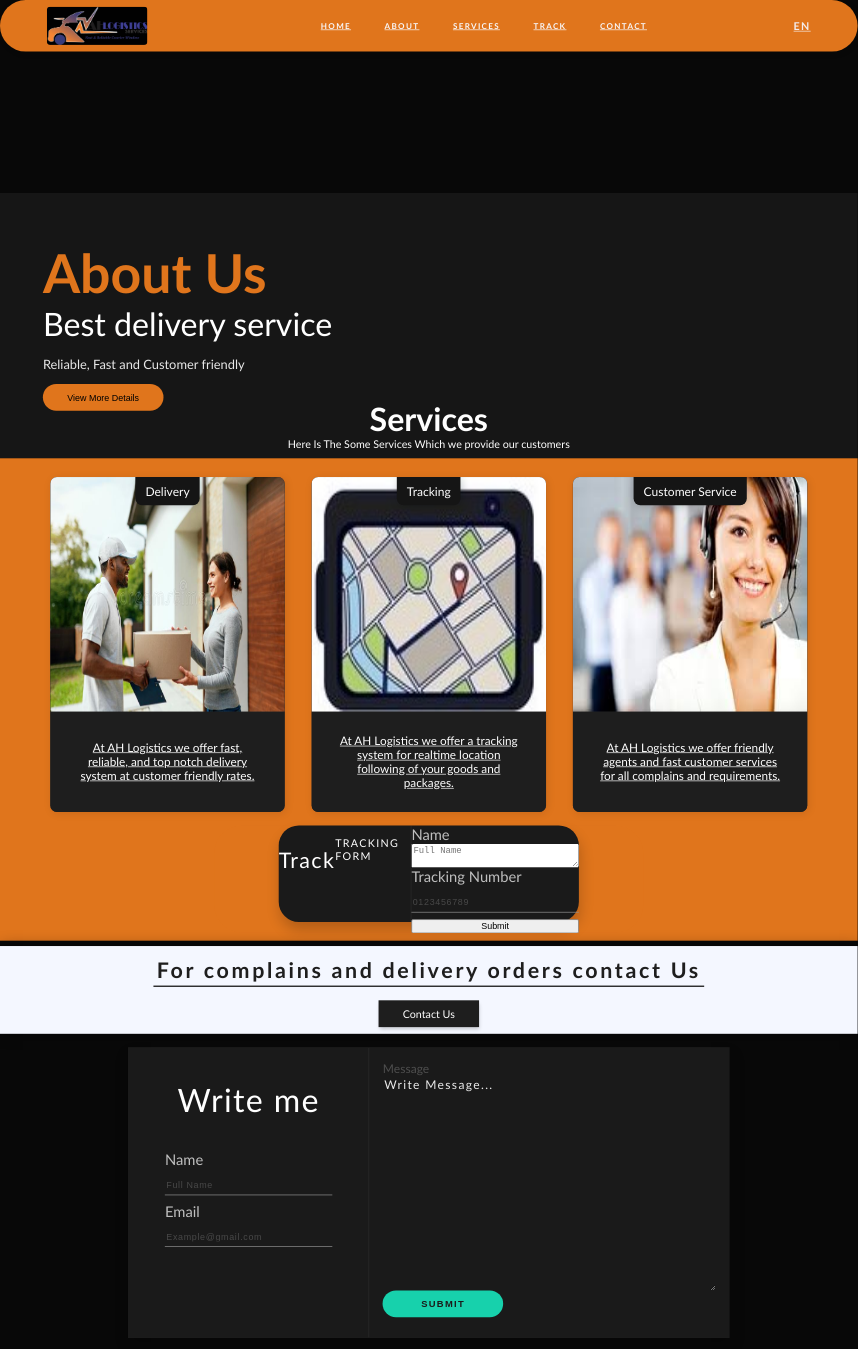
Repository: TheSecretlifeOfX/Ah-Logistics
Page: index.html
The author's editor kept a copy of each file at every save. The page is drawn from the files as they stood at one save, then again after the next save.
The browser window is 1280 px wide. The pictures show the whole page, at 67% of full size.

Above is the page before, as saved 2022-03-02 15:54:24.

### index.html
<html>
<head>
<meta charset="utf-8">
<meta http-equiv="X-UA-Compatible" content="IE-edge">
<meta name="viewport" content="width=device-width, intial-scale=1.0">
<title>Logistics Website</title>
<link rel="stylesheet" href="./css/home.css">
</head>
<body>
<section id="main">
	<nav>
	<a href="#" class="logo"><img src="images/logo.jpg"></a>
	<div class="toggle"></div>
	<ul class="menu">
	<li class="active"><a href="#main" >Home</a></li>
	<li><a href="#about">About</a></li>
	<li><a href="#services">Services</a></li>
	<li><a href="#Tracking-Form">Track</a></li>
    <li><a href="#contact-form">Contact</a></li>
	</ul>
	<a href="#" class="lang">En</a>
	</nav>
    </section>
</div>
<section id="about">
	<div class="about-text">
	<h1>About Us</h1>
	<h2>Best delivery service</h2>
	<p>Reliable, Fast and Customer friendly</p>
	<button>View More Details</button>
	</div>
</section>
<section id="services">
<div class="s-heading">
<h1>Services</h1>
<p>Here Is The Some Services Which we provide our customers</p>
</div>
<div class="b-container">
<div class="s-box">
<div class="s-b-img">
    <div class="s-type">Delivery</div>
    <img src="images/delivery.jpg">
</div>
<div class="s-b-text">
<a href="#">At AH Logistics we offer fast, reliable, and top notch delivery system at customer friendly rates.</a>
</div>
</div>
<div class="s-box">
<div class="s-b-img">
    <div class="s-type">Tracking</div>
    <img src="images/track.jpg">
</div>
<div class="s-b-text">
<a href="#">At AH Logistics we offer a tracking system for realtime location following of your goods and packages.</a>
</div>
</div>
<div class="s-box">
<div class="s-b-img">
    <div class="s-type">Customer Service</div>
    <img src="images/customer.jpg">
</div>
<div class="s-b-text">
<a href="#">At AH Logistics we offer friendly agents and fast customer services for all complains and requirements.</a>
</div>
</div>
</div>
</div>
<section id=Tracking-Form>
<form>
<div class="track-center">
	<h1 class="T-Heading">Track</h1></div>
<div class="Track-left">
<p class=T-2-Body>Tracking Form</p></div>
<div class="Track-right">
	<div class="C-Name">
	<font >Name</font>
	<textarea name="message" rows="2" cols="10" placeholder="Full Name"></textarea>
	<div class="f-Num">
		<font >Tracking Number</font>
		<input type="Number" placeholder="0123456789"/>
	<button>Submit</button>
	</div>
</section>
</form>
<section id="contact-btn">
	<h1 class="c-b-heading">For complains and delivery orders contact Us</h1>
		<button >Contact Us</button>
	</section>
<!--contact-form------------------->
<section id="contact-form">
<form>
<!--left--------------------------------------->
<div class="contact-left">
<h1 class="c-l-heading">Write me</h1>
<div class="f-name">
<font >Name</font>
<input type="text" placeholder="Full Name"/>
</div>
<div class="f-email">
<font >Email</font>
<input type="email" placeholder="Example@gmail.com"/>
</div>
</div>
<div class="contact-right">

<div class="message">
<font >Message</font>
<textarea name="message" rows="5" cols="20" placeholder="Write Message..."></textarea>
<button>Submit</button>
</div>
</form>
</section>
</section>
</body>
</html>

### css/home.css
body{
	margin:0px;
	padding:0px;
	background-color: #080808;
	background-size: 100%;
	min-height: 100vh;
	}
	#main{
		width:100%;
		height: 40vh;
		}
		nav{
			display:flex;
			justify-content: space-between;
			align-items: center;
			text-transform: uppercase;
			font-weight: 600;
			letter-spacing: 2px;
			font-family: calibri;
			top: 0;
			left: 10px;
			width:100%;
			box-sizing: border-box;
			padding: 5px 70px;
			background-color:#e0751c;
			box-shadow:2px 2px 12px rgba(0,0,0,0.05);
			z-index: 1;
			border-radius: 50px;
			}
			.menu{
			display: flex;

			}
			.menu li a{
			padding: 10px 25px;
			color:#f8f8fa;
			font-size: 12px;
			display:inline-block;
			}
			li{display:inline-block}
			.lang{
			color:#f3ecec;
			}
			.logo > img {
				width: 100%;
				height: 100%;
				max-width: 150px;
				display: flex;
				justify-content: center;
				align-items: center;
				text-align: center;
				margin-left: 0px;
				border-radius: 5px;
				 }
			.toggle{
			display: none;
			}
			.menu li a:hover{
			background-color:#292929;
			color:#FFF!important;
			font-weight: bold;
			transition: all ease 0.4s;
			}
			.lang:hover{
				background-color:#292929;
			color:#FFF!important;
			font-weight: bold;
			transition: all ease 0.4s;
			}
			#about{
				width:100%;
				height: 55vh;
				background-color:#161616;
				box-sizing: border-box;
				display: flex;
				align-items: center;
				justify-content: space-between;
				padding: 0px 5% 0px 5%;
			}
			.about-text{
				font-family: calibri;
				width: 50%;
			}
			.about-text h1{
				font-size: 5rem;
				color:#e0751c;
			}
			.about-text h2{
				font-size: 3rem;
				color:#FFFFFF;
				font-weight: 400;
			}
			.about-text h1,h2{
				margin: 0px;
				padding: 0px;
			}
			.about-text p{
				font-size: 1.2rem;
				color:rgba(255,255,255,0.90);

			}
			.about-text button{
				width: 180px;
				height: 40px;
				border-radius: 20px;
				border: none;
				outline: none;
				background-color:#e0751c;
			}
			.about-text button:hover{
				background-color: #FFFFFF;
				transition: all ease 0.3s;
			}
			#services{
				width:100%;
			height:100vh;
			box-sizing: border-box;
			font-family: calibri;
			display: flex;
			flex-direction: column;
			align-items: center;
			justify-content: center;
			padding-top: 500px ;
			background-color:#e0751c;
		}

		.s-heading h1{
			color:#FFFFFF;
			font-size: 3rem;
			margin: 0px;
			padding: 0px;

		}
		.s-heading p{
			color:rgb(255, 255, 255);
			font-size: 1rem;
			margin: 0px;
			padding: 0px;
		}
		.s-heading{
			text-align: center;
			margin: 20px 0px;
		}
		.s-box{
			background-color: #2B2B2B;
			width:350px;
			height: 500px;
			margin: 20px;
			border-radius: 10px;
			overflow: hidden;
			box-shadow: 2px 2px 12px rgba(0,0,0,0.1);
			position: relative;
		}
		.b-container{
			display: flex;
			justify-content: center;
			align-content: center;


		}
		.s-b-img{
			width: 100%;
			height: 70%;

		}
		.s-b-img img{
			width:100%;
			height: 100%;

		}
		.s-b-text{
			width: 100%;
			height: 30%;
			background-color:#1E1E1E;
			display:flex;
			justify-content: center;
			align-items: center;
			text-align: center;
		}
		.s-b-text a{
			margin: 0px;
			color:#FFFFFF;
			font-size: 1.1rem;
			font-family: calibri;
			display: block;
			display: -webkit-box;
			max-width: 80%;
			-webkit-line-clamp: 4;
			-webkit-box-orient: vertical;
			overflow: hidden;
			text-overflow: ellipsis;
		}
		.s-b-text a:hover{
			color:rgba(255,255,255,0.50)
		}
		.s-type{
			font-family: calibri;
			color:#FFFFFF;
			background-color: #151515;
			padding: 10px 15px;
			position: absolute;
			top: 0px;
			left: 50%;
			transform: translateX(-50%);
			font-size: 18px;
			border-radius: 0px 0px 10px 10px;
			box-shadow: 2px 2px 12px rgba(0,0,0,0.2);
		}
		.s-box:hover{
			transform:translateY(-10px);
			transition: all ease 0.3s;

		}
		#Tracking-Form{
			width: 50%;
			height: 100vh;
			display: flex;
			justify-content: center;
			align-items: center;
			background-color:#e0751c;
			border-radius: 40px;
		}
		#Tracking-Form form{
			display: flex;
			width: 70%;
			height: 20vh;
			background-color: #1A1A1A;
			box-shadow: 2px 12px 20px rgba(0,0,0,0.2);
			border-radius: 30px
		}
		.Track-left{
			width: 40%;
			height: 100%;
			display: flex;
			flex-direction: column;
			align-items: center;
			text-transform: uppercase;
		}
		.Track-right{
			width: 60%;
			height: 100%;
			box-sizing: border-box;
			display: flex;
			flex-direction: column;
			justify-content: space-between;
			border-left: 1px solid rgba(255,255,255,0.08);
		}
		.contact-right button{
			width: 100%;
			height: 50px;
			background-color: #e0751c;
			font-weight: bold;
			outline: none;
			border: none;
			margin: 0px;
			color:#1B1B1B;
			font-size: 14px;
			text-transform: uppercase;
			letter-spacing: 2px;
		}
		.T-Heading{
			font-family: calibri;
			color:#fffefe;
			font-size: 2rem;
			letter-spacing: 2px;
			font-weight: 250;
			}
		.T-2-body{
			font-family: calibri;
			color:#FFFFFF;
			font-size: 1rem;
			letter-spacing: 2px;
			font-weight: 200;
		}
		.C-Name,.F-Num{
			display: flex;
			flex-direction: column;
			font-family: calibri;
		}
		.C-Name font,.F-Num font{
			color:#BFBFBF;
			font-size: 22px;
		}
		.C-Name input,.F-Num input{
			height: 30px;
			width:250px;
			border: none;
			outline: none;
			background-color:transparent;
			border-bottom: 1px solid #929292;
			color:#FFFFFF;
			margin: 10px 0px;
		}
		.F-Num input::placeholder,
		.C-Name input::placeholder{
			opacity: 0.5;
			letter-spacing: 1px;
		}
		.F-Num input:focus,
		.F-Num input:focus{
			border-bottom: 1px solid #0d0e0d;
			transition: all ease 0.5s;
		}.message font{
			font-size: 18px;
			color:#4E4E4E;
			font-family: calibri;

		}
		.message{
			margin: 20px;
		}
		#contact-btn{
			width: 100%;
			display: flex;
			flex-direction: column;
			justify-content:center;
			align-items: center;
			height: 200px;
			background-color: #F4F7FF;
			margin: 20px 0px;
			box-sizing: border-box;
			box-shadow:2px 0px 20px rgba(0,0,0,0.4);
		}
		.c-b-heading{
			font-size: 2rem;
			color:#1E1E1E;
			font-family: calibri;
			margin: 10px;
			padding: 5px;
			letter-spacing: 4px;
			border-bottom: 2px solid #1E1E1E;

		}
		#contact-btn button{
			color:#FFFFFF;
			font-size: 1rem;
			font-family: calibri;
			width:150px;
			height: 40px;
			margin: 10px;
			background-color: #1E1E1E;
			border: none;
			outline: none;
			box-shadow: 2px 5px 6px rgba(0,0,0,0.2);
		}
		#contact-btn button:hover{
			background-color: #17d1ac;
			color:#000000;
			transition: all ease 0.5s;
			font-weight: bold;
		}
		#contact-form{
			width: 100%;
			height: 90vh;
			display: flex;
			justify-content: center;
			align-items: center;

		}
		#contact-form form{
			display: flex;
			width: 70%;
			height: 60vh;
			background-color: #1A1A1A;
			box-shadow: 2px 12px 20px rgba(0,0,0,0.2);
			border: 1px solid rgba(255,255,255,0.01)
		}

		.contact-left{
			width: 40%;
			height: 100%;
			display: flex;
			flex-direction: column;
			align-items: center;
		}
		.contact-right{
			width: 60%;
			height: 100%;
			box-sizing: border-box;
			display: flex;
			flex-direction: column;
			justify-content: space-between;
			border-left: 1px solid rgba(255,255,255,0.08);
		}
		.contact-right button{
			width: 100%;
			height: 50px;
			background-color: #e0751c;
			font-weight: bold;
			outline: none;
			border: none;
			margin: 0px;
			color:#1B1B1B;
			font-size: 14px;
			text-transform: uppercase;
			letter-spacing: 2px;

		}
		.c-l-heading{
			font-family: calibri;
			color:#FFFFFF;
			font-size: 3rem;
			letter-spacing: 2px;
			font-weight: 400;

		}
		.f-name,.f-email{
			display: flex;
			flex-direction: column;
			font-family: calibri;

		}
		.f-name font,.f-email font{
			color:#BFBFBF;
			font-size: 22px;
		}
		.f-name input,.f-email input{
			height: 30px;
			width:250px;
			border: none;
			outline: none;
			background-color:transparent;
			border-bottom: 1px solid #929292;
			color:#FFFFFF;
			margin: 10px 0px;
		}
		.f-email input::placeholder,
		.f-name input::placeholder{
			opacity: 0.5;
			letter-spacing: 1px;
		}
		.f-email input:focus,
		.f-name input:focus{
			border-bottom: 1px solid #0d0e0d;
			transition: all ease 0.5s;
		}.message font{
			font-size: 18px;
			color:#4E4E4E;
			font-family: calibri;

		}
		.message{
			margin: 20px;
		}
		.contact-right textarea{
			width: 100% !important;
			height: 320px !important;
			border: none;
			outline: none;
			background-color:transparent;
			box-sizing: border-box;
			color:#EBEBEB;
			font-size: 16px;
		}
		.contact-right textarea::placeholder{
			color:#EBEBEB;
			font-size: 18px;
			letter-spacing: 2px;
			font-family: calibri;
		}
		.contact-right button:active{
			transform: scale(1.04);
			transition: all ease 0.1s;
		}
		.message button{
			width: 180px;
			height: 40px;
			border-radius: 20px;
			border: none;
			outline: none;
			background-color:#17d1ac;
		}
		  .message button:hover{
			background-color: #d8d8e4;
			transition: all ease 0.3s;
		  }

After the next save:
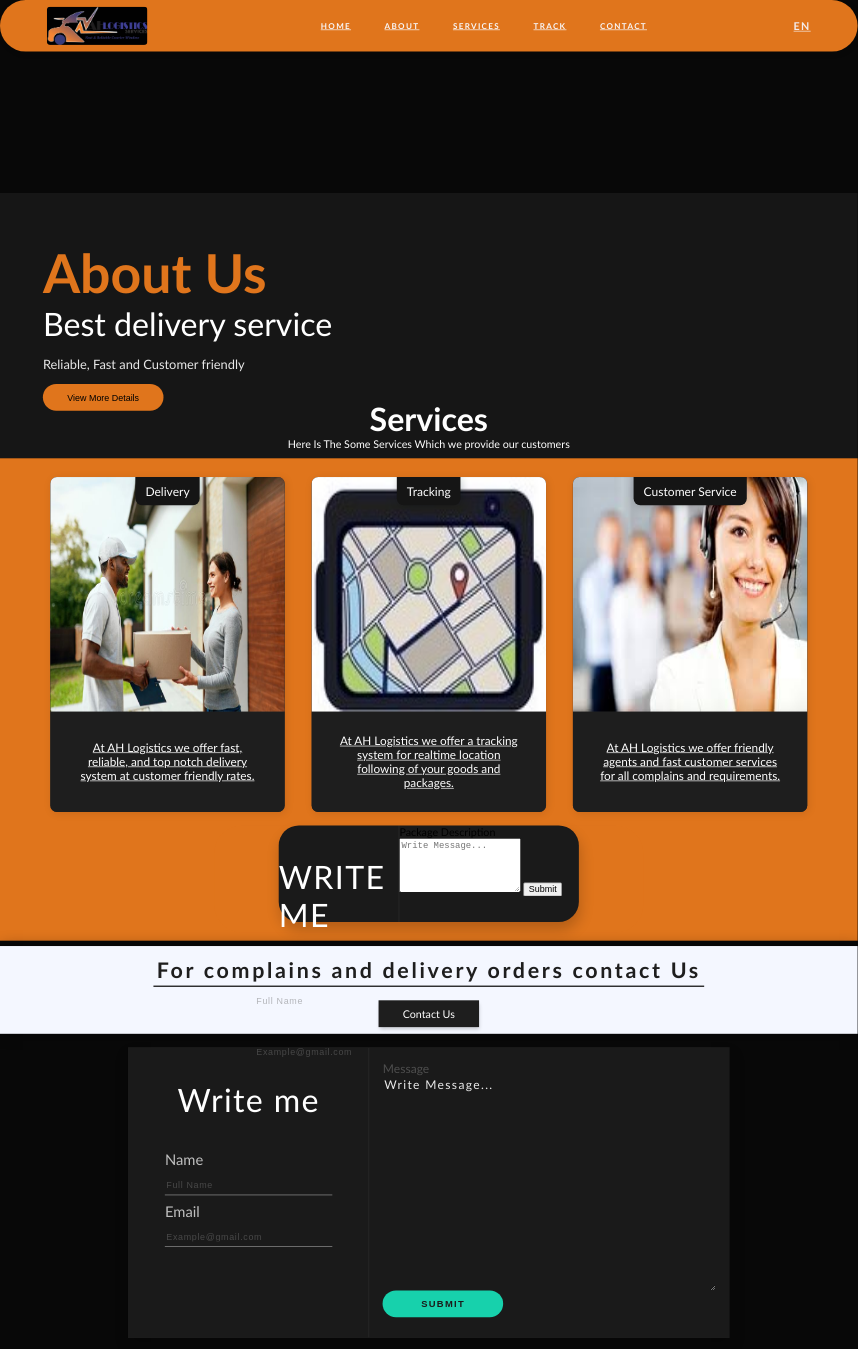
Saved 4 s later.
--- a/index.html
+++ b/index.html
@@ -65,23 +65,29 @@
 </div>
 </div>
 </div>
-<section id=Tracking-Form>
-<form>
-<div class="track-center">
-	<h1 class="T-Heading">Track</h1></div>
-<div class="Track-left">
-<p class=T-2-Body>Tracking Form</p></div>
-<div class="Track-right">
-	<div class="C-Name">
+<section id="Tracking-Form">
+	<form>
+	<!--left--------------------------------------->
+	<div class="Track-left">
+	<h1 class="c-l-heading">Write me</h1>
+	<div class="f-name">
 	<font >Name</font>
-	<textarea name="message" rows="2" cols="10" placeholder="Full Name"></textarea>
-	<div class="f-Num">
-		<font >Tracking Number</font>
-		<input type="Number" placeholder="0123456789"/>
+	<input type="text" placeholder="Full Name"/>
+	</div>
+	<div class="f-num">
+	<font >Tracking Num</font>
+	<input type="email" placeholder="Example@gmail.com"/>
+	</div>
+	</div>
+	<div class="Track-right">
+
+	<div class="Description">
+	<font >Package Description</font>
+	<textarea name="message" rows="5" cols="20" placeholder="Write Message..."></textarea>
 	<button>Submit</button>
 	</div>
-</section>
-</form>
+	</form>
+	</section>
 <section id="contact-btn">
 	<h1 class="c-b-heading">For complains and delivery orders contact Us</h1>
 		<button >Contact Us</button>
